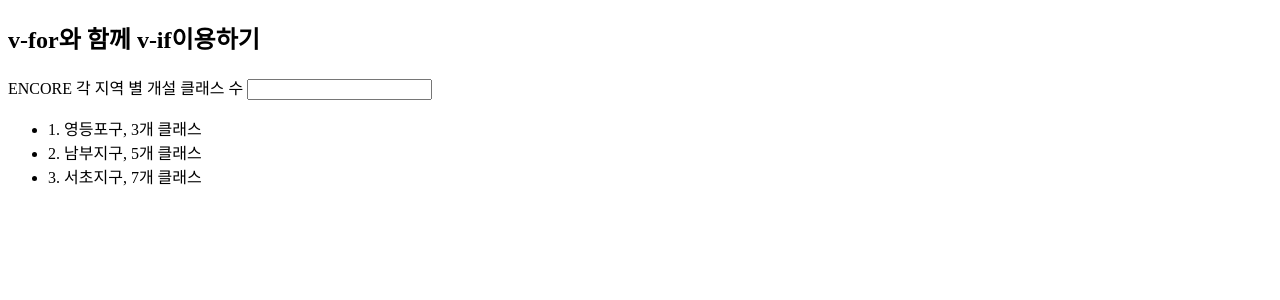
Repository: KangHoi/encore_vueWorkspace
Page: vue02_Methods/WebContent/vue10_vfor.html
These files come from the project's save history. The page is drawn as it stood at one moment and after the next save; the edit follows.
The browser window is 1280 px wide. The pictures show the whole page.
Some web libraries are served in a nearby version.

Above is the page before, as saved 2021-07-09 05:36:43.

After the next save:
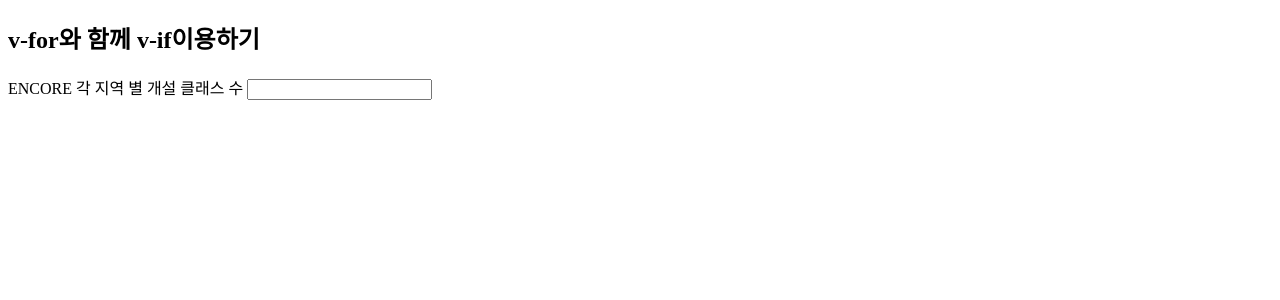
Saved 3 min 27 s later.
--- a/vue02_Methods/WebContent/vue10_vfor.html
+++ b/vue02_Methods/WebContent/vue10_vfor.html
@@ -12,9 +12,9 @@
 <h2>v-for와 함께 v-if이용하기</h2>
 <div id="app">
 	<label>ENCORE 각 지역 별 개설 클래스 수</label>
-	<input type="number">
+	<input id= "num" type="number">
 	<ul>
-		<li v-for="(encore,index) in encores">
+		<li  v-if = "num==(encore.count)"  v-for="(encore,index) in encores">
 			{{index+1}}. {{encore.name}}, {{encore.count}}개 클래스
 		</li>
 	</ul>
